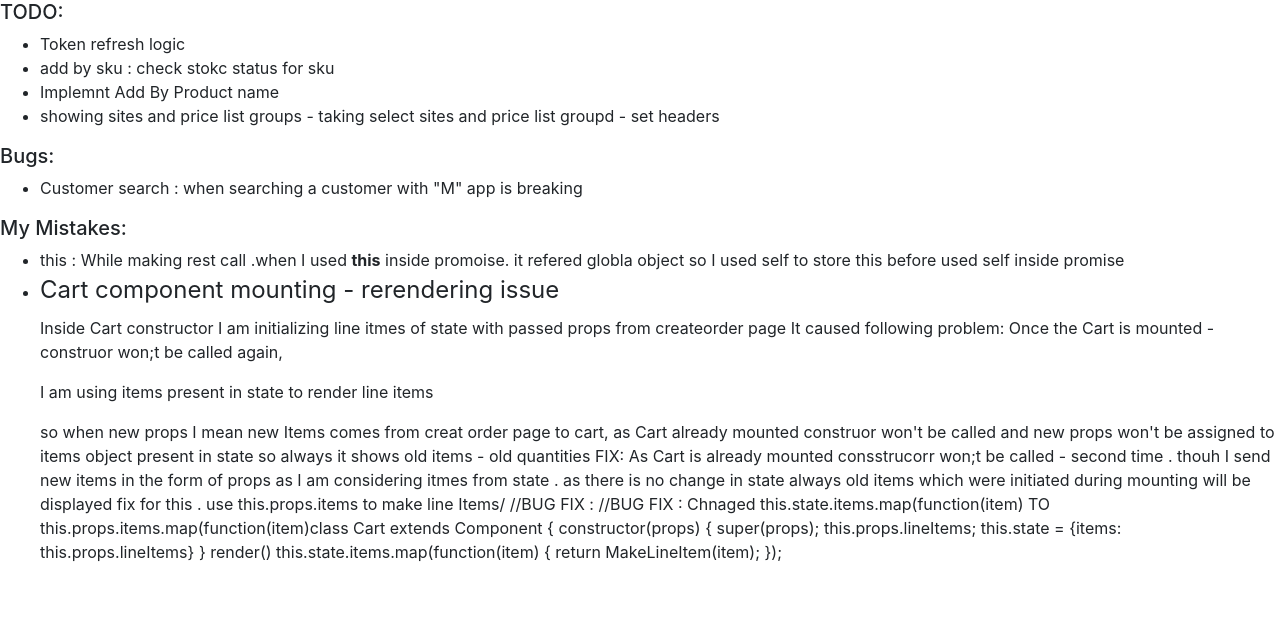
Repository: testtiger/reactagent
Page: /todo
The author's editor kept a copy of each file at every save. The page is drawn from the files as they stood at one save, then again after a run of saves.
The browser window is 1280 px wide. The pictures show the whole page.
The project was rebuilt for these pictures with package versions that can differ from the ones it lists, and the page was loaded fresh each time. Also part of the build but not shown: src/components/Agent/Rest/agent-rest-client.js, src/components/Agent/Dashboard/quicklinks.jsx, src/components/Agent/Dashboard/announcements.jsx, src/components/Agent/Dashboard/recentorders.jsx, src/components/Agent/Dashboard/pendingactions.jsx, src/components/Agent/Dashboard/DashboardPage.jsx, src/components/Agent/Shared/Navigation.jsx, src/components/Agent/Login/loginpage.jsx and 12 more.

Above is the page before, as saved 2018-12-15 16:46:50.

After the next 5 saves:
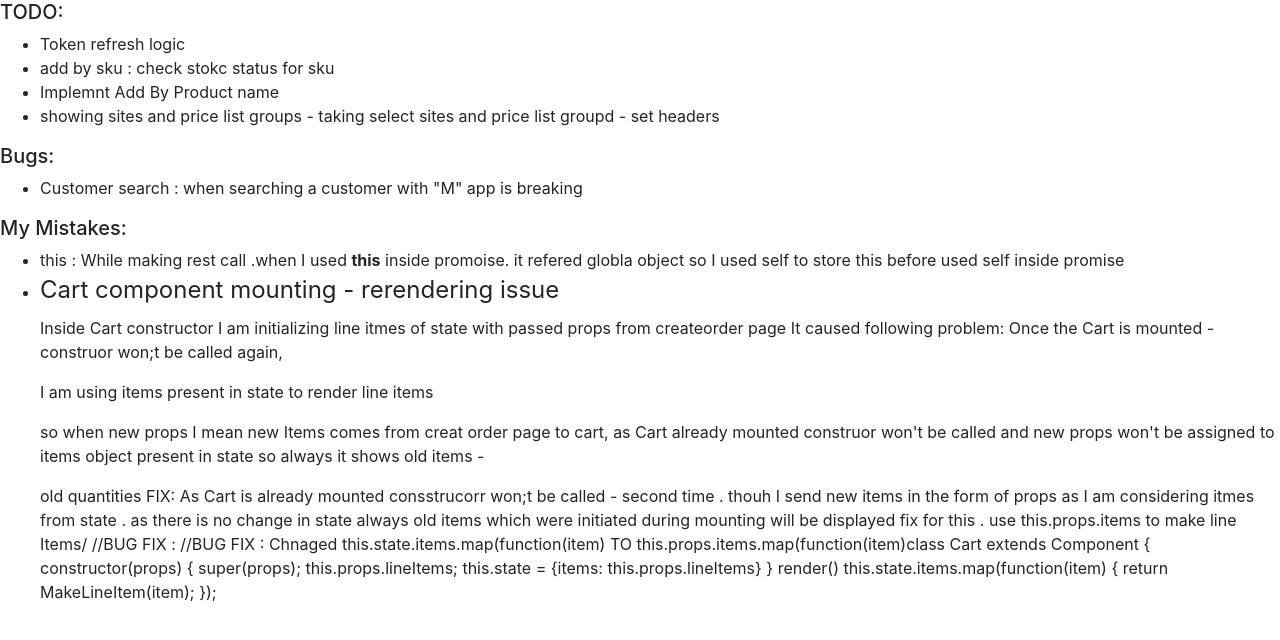
The 5 saves are shown as one change because they came seconds apart.
The last was saved 24 s later.
--- a/src/components/Agent/BugsTODO/TODO.jsx
+++ b/src/components/Agent/BugsTODO/TODO.jsx
@@ -32,19 +32,24 @@ export default class TODO extends Component {
             <legend>Cart component mounting - rerendering issue</legend>
             <span>
               <p>
-                Inside Cart constructor I am initializing line itmes of state with passed props from createorder page
-                It caused following problem: Once the Cart is mounted - construor won;t be
-                called again,
+                Inside Cart constructor I am initializing line itmes of state
+                with passed props from createorder page It caused following
+                problem: Once the Cart is mounted - construor won;t be called
+                again,
               </p>
-              <p>I am using items present in state to render line items</p> so
-              when new props I mean new Items comes from creat order page to cart, as Cart already mounted
-              construor won't be called  and new props won't be assigned to items
-              object present in state so always it shows old items - old
-              quantities FIX: As Cart is already mounted consstrucorr won;t be
-              called - second time . thouh I send new items in the form of props
-              as I am considering itmes from state . as there is no change in
-              state always old items which were initiated during mounting will
-              be displayed fix for this . use this.props.items to make line
+              <p>I am using items present in state to render line items</p>
+              <p>
+                {" "}
+                so when new props I mean new Items comes from creat order page
+                to cart, as Cart already mounted construor won't be called and
+                new props won't be assigned to items object present in state so
+                always it shows old items -
+              </p>{" "}
+              old quantities FIX: As Cart is already mounted consstrucorr won;t
+              be called - second time . thouh I send new items in the form of
+              props as I am considering itmes from state . as there is no change
+              in state always old items which were initiated during mounting
+              will be displayed fix for this . use this.props.items to make line
               Items/ //BUG FIX : //BUG FIX : Chnaged
               this.state.items.map(function(item) TO
               this.props.items.map(function(item)
